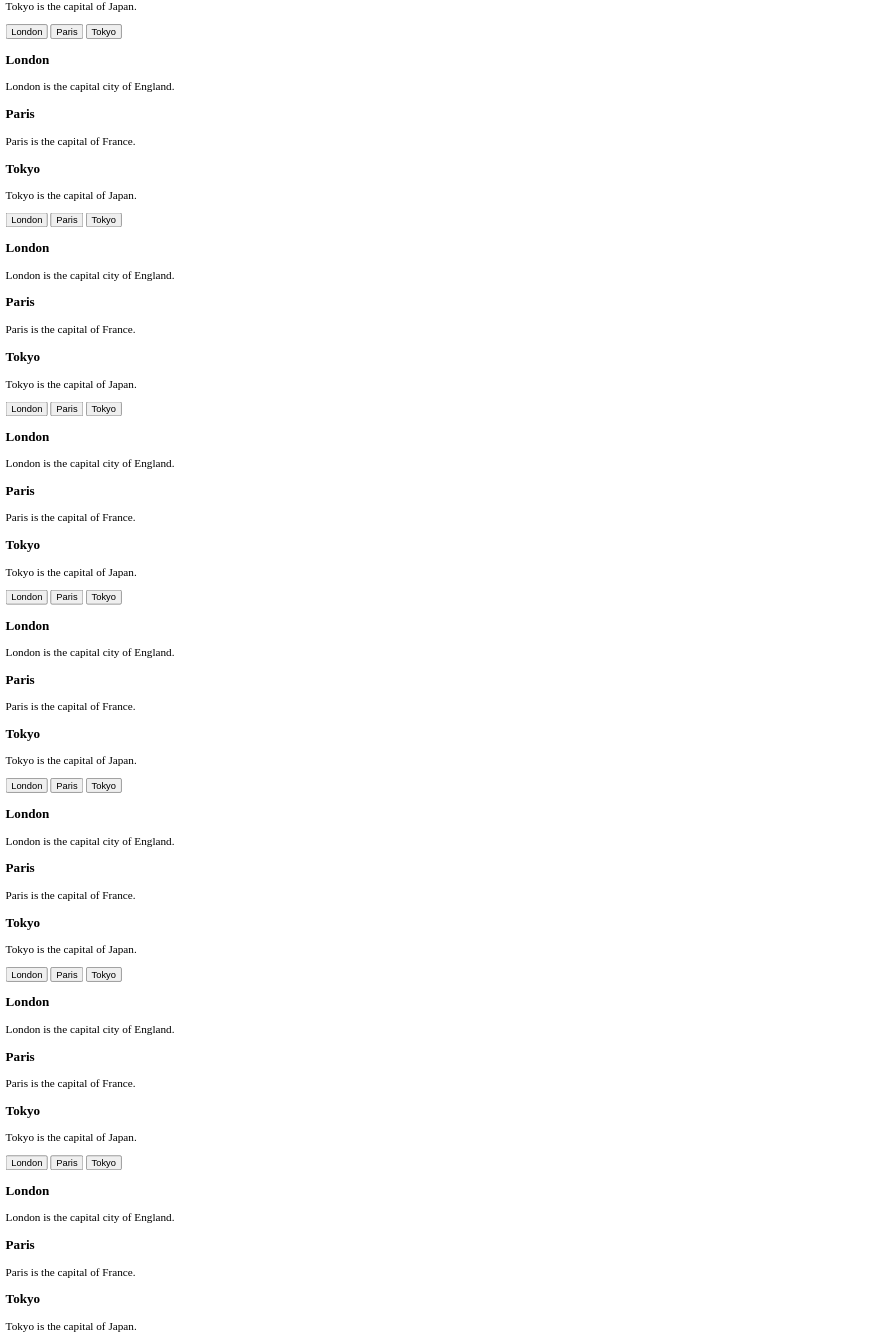
Repository: brandonhyc/note_collection
Page: 基础笔记/HTML_CSS_JS/Examples/inheritanceComponent/index.html
These files come from the project's save history. The page is drawn as it stood at one moment and after the next save; the edit follows.
The browser window is 1280 px wide. The pictures show the part of the page from y = 781 to 2701 px (the page is 2701 px tall before and 1355 px after), at 70% of full size.

Above is the page before, as saved 2019-02-15 10:26:17.

### 基础笔记/HTML_CSS_JS/Examples/inheritanceComponent/index.html
<!DOCTYPE html>
<html>
<head>
    <meta charset="utf-8" />
    <meta http-equiv="X-UA-Compatible" content="IE=edge">
    <title>Page Title</title>
    <meta name="viewport" content="width=device-width, initial-scale=1">
    <!-- <link rel="stylesheet" type="text/css" media="screen" href="main.css" /> -->

</head>
<body>
    <tabSwitcher></tabSwitcher>
    <tabSwitcher></tabSwitcher>
    <tabSwitcher></tabSwitcher>
    <tabSwitcher></tabSwitcher>
    <tabSwitcher></tabSwitcher>
</body>
<template>
    <div class="tabSwitcher">
        <div class="tab">
            <button class="tablinks" value=0>London</button>
            <button class="tablinks" value=1>Paris</button>
            <button class="tablinks" value=2>Tokyo</button>
        </div>

        <!-- Tab content -->
        <div class="container">
            <div id="London" class="tabcontent" id="tabContent-1">
                <h3>London</h3>
                <p>London is the capital city of England.</p>
            </div>

            <div id="Paris" class="tabcontent" id="tabContent-2">
                <h3>Paris</h3>
                <p>Paris is the capital of France.</p>
            </div>

            <div id="Tokyo" class="tabcontent" id="tabContent-3">
                <h3>Tokyo</h3>
                <p>Tokyo is the capital of Japan.</p>
            </div>
        </div>
    </div>

</template>

    <script src="inheritanceComponent.js" type="module"></script>
    <script src="main.js" type="module"></script>
</html>

### 基础笔记/HTML_CSS_JS/Examples/inheritanceComponent/inheritanceComponent.js
export class tabSwitcher {
    constructor(prop) {
        this.id = prop.id;
        this.node = this.create;
    }

    get create() {
        if (this.node != null) {
            return this.node;
        }
        let temp = document.getElementsByTagName("template")[0];
        let clon = temp.content.cloneNode(true);

        clon.id = this.id;
        this.node = clon;

        let buttonsDiv = this.node.querySelector(".tab");
        buttonsDiv.addEventListener('click', this.switchTab);

        document.body.appendChild(this.node);
        return clon;
    }


    switchTab(event) {
        event.preventdefault();
        if (event.target.value == null) {
            return;
        }
        let index = event.target.value;
        let tabs = this.parentElement.querySelectorAll(".container div");

        // close previous tab
        for (let i = 0; i < tabs.length; i++) {
            tabs[i].style.display = "none";
        }
        // show the tab content
        tabs[index].style.display = "contents";
    }
}



(function main() {
    // get all tabComponents

    document.querySelectorAll("tabSwitcher").forEach((node, index) => {
        new tabSwitcher({id: "tab" + index});
    });

})()

### 基础笔记/HTML_CSS_JS/Examples/inheritanceComponent/main.js
import { tabSwitcher } from "./tabComponent.js";

(function main() {
    // get all tabComponents

    document.querySelectorAll("tabSwitcher").forEach((node, index) => {
        new tabSwitcher({ id: "tab" + index });
    });

})()

### 基础笔记/HTML_CSS_JS/Examples/inheritanceComponent/tabComponent.js
export class tabSwitcher {
    constructor(prop) {
        this.id = prop.id;
        this.node = this.create;
    }

    get create() {
        if (this.node != null) {
            return this.node;
        }
        let temp = document.getElementsByTagName("template")[0];
        let clon = temp.content.cloneNode(true);

        clon.id = this.id;
        this.node = clon;

        let buttonsDiv = this.node.querySelector(".tab");
        buttonsDiv.addEventListener('click', this.switchTab);

        document.body.appendChild(this.node);
        return clon;
    }


    switchTab(event) {
        event.preventdefault();
        if (event.target.value == null) {
            return;
        }
        let index = event.target.value;
        let tabs = this.parentElement.querySelectorAll(".container div");

        // close previous tab
        for (let i = 0; i < tabs.length; i++) {
            tabs[i].style.display = "none";
        }
        // show the tab content
        tabs[index].style.display = "contents";
    }
}

After the next save:
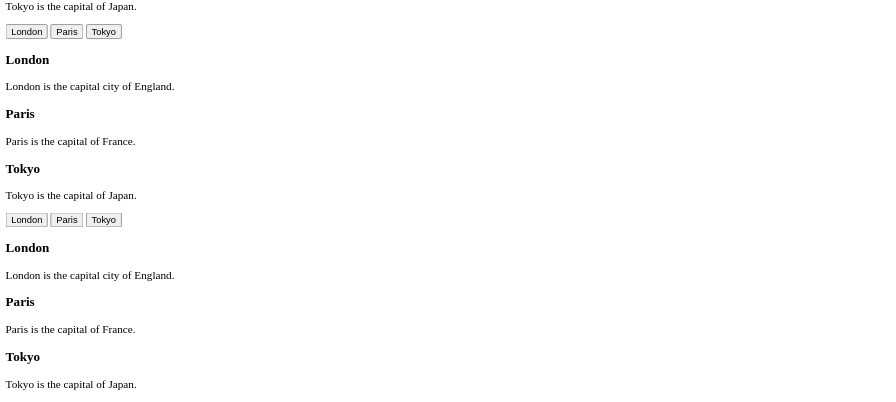
Saved 1 s later.
--- a/基础笔记/HTML_CSS_JS/Examples/inheritanceComponent/index.html
+++ b/基础笔记/HTML_CSS_JS/Examples/inheritanceComponent/index.html
@@ -44,6 +44,6 @@
 
 </template>
 
-    <script src="inheritanceComponent.js" type="module"></script>
+    <!-- <script src="inheritanceComponent.js" type="module"></script> -->
     <script src="main.js" type="module"></script>
 </html>
